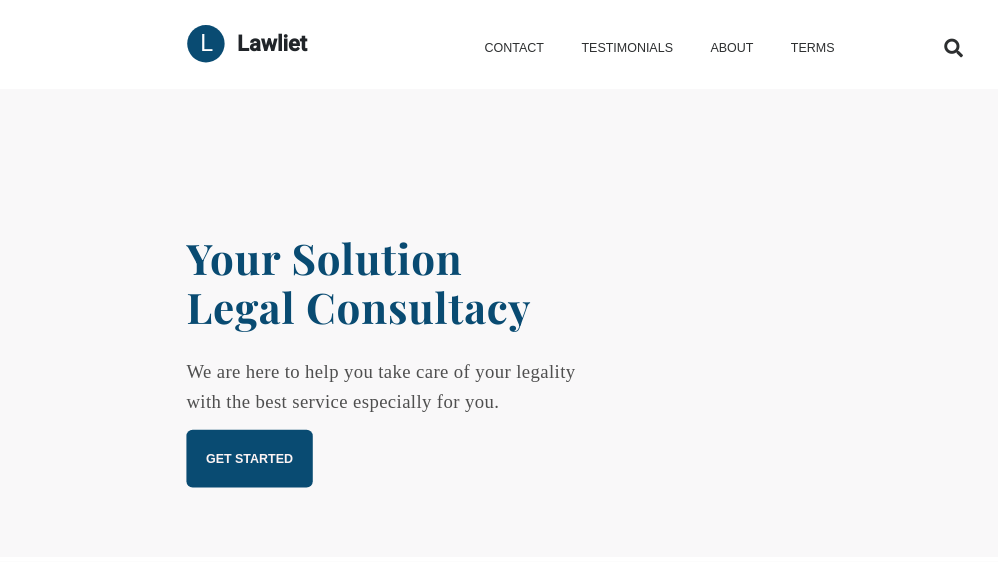
Repository: SAYYODTURINALIYEV/amaliy
Page: index.html
The author's editor kept a copy of each file at every save. The page is drawn from the files as they stood at one save, then again after a run of saves.
The browser window is 1280 px wide. The pictures show the whole page, at 78% of full size.

Above is the page before, as saved 2022-05-20 10:17:08.

### index.html
<!DOCTYPE html>
<html lang="en">

<head>
    <meta charset="UTF-8">
    <meta name="viewport" content="width=device-width, initial-scale=1.0">
    <meta http-equiv="X-UA-Compatible" content="ie=edge">
    <meta name="Description" content="Enter your description here" />
    <link rel="stylesheet" href="https://cdnjs.cloudflare.com/ajax/libs/twitter-bootstrap/4.6.0/css/bootstrap.min.css">
    <link rel="stylesheet" href="https://cdnjs.cloudflare.com/ajax/libs/font-awesome/5.15.4/css/all.min.css">
    <link rel="stylesheet" href="styles/style.css">
    <title>figma</title>
</head>

<body>

    <nav>
        <section id="header_left">
            <div id="author_logo">
                <h1 id="author_logo_h1">L</h1>
            </div>
            <h1 id="author">Lawliet</h1>
        </section>
        <section id="header_right" class="ml-5 header_right">
            <section id="menues" class="ml-5">
                <ul id="menues_ul">
                    <a href="#">
                        <li>CONTACT</li>
                    </a>
                    <a href="#" class="ml-5">
                        <li>TESTIMONIALS</li>
                    </a>
                    <a href="#" class="ml-5">
                        <li>ABOUT</li>
                    </a>
                    <a href="#" class="ml-5">
                        <li>TERMS</li>
                    </a>
                </ul>
                <a href="#" id="search"><i class="fas fa-search ml-5" ></i></a>
            </section>

        </section>
    </nav><br>
    <section id="header">
        <div id="header_top"><br>
            <h1 id="header_top_h1">Your Solution <br> Legal Consultacy</h1><br>
            <p id="header_top_p">We are here to help you take care of your legality <br> with the best service especially for you.</p>
            <button type="button" id="header_top_button">GET STARTED</button>
        </div>
        <div id="header_bottom"></div>
    </section>




    <script src="https://cdnjs.cloudflare.com/ajax/libs/jquery/3.5.1/jquery.min.js"></script>
    <script src="https://cdnjs.cloudflare.com/ajax/libs/popper.js/1.16.1/umd/popper.min.js"></script>
    <script src="https://cdnjs.cloudflare.com/ajax/libs/twitter-bootstrap/4.6.0/js/bootstrap.min.js"></script>
</body>

</html>

### styles/style.css
@import url('https://fonts.googleapis.com/css2?family=Roboto:wght@100;500&display=swap');
@import url('https://fonts.googleapis.com/css2?family=Playfair+Display:wght@400;700&family=Roboto:wght@100;500&display=swap');
* {
    margin: 0;
    padding: 0;
    box-sizing: border-box;
    font-family: sans-serif;
}

#menues {
    list-style-type: none;
    display: flex;
    flex-direction: row;
    justify-content: center;
    margin-right: 2rem;
}

#menues ul a {
    color: #2D2F30;
}

#menues_ul {
    display: flex;
    flex-direction: row;
    justify-content: center;
    list-style: none;
    margin-left: 32rem;
    margin-top: -2rem;
    font-family: 'Roboto', sans-serif;
}

#header_left {
    display: flex;
    flex-direction: row;
    margin-left: 240px;
    margin-top: 2rem;
}

#author_logo {
    width: 3rem;
    height: 3rem;
    background-color: #094B72;
    text-align: center;
    border-radius: 30px;
    padding: 20px;
    cursor: pointer;
}

#author_logo_h1 {
    margin-top: -0.9rem;
    font-size: 30px;
    font-weight: lighter;
    margin-left: -0.2rem;
    color: white;
}

#author {
    font-weight: bolder;
    margin-left: 1rem;
    font-family: 'Roboto', sans-serif;
    font-size: 28px;
    margin-top: 0.5rem;
    cursor: pointer;
}

#search {
    color: #2D2F30;
    margin-left: 5.8rem;
    margin-top: -2.3rem;
    font-size: 1.5rem;
    font-weight: bolder;
}

#header_top {
    background-color: #F9F8F9;
    height: 600px;
}

#header_top_h1 {
    font-family: 'Playfair Display';
    font-style: normal;
    font-weight: 900;
    font-size: 54px;
    line-height: 120%;
    letter-spacing: 0.02em;
    color: #094B72;
    margin-left: 239px;
    margin-top: 10rem;
}

#header_top_p {
    font-family: 'Plus Jakarta Sans';
    font-style: normal;
    font-weight: 500;
    font-size: 24px;
    line-height: 158%;
    display: flex;
    align-items: center;
    letter-spacing: 0.5px;
    color: #4F4F4F;
    margin-left: 239px;
}

#header_top_button {
    background: #094B72;
    border-radius: 8px;
    padding: 25px;
    margin-left: 239px;
    color: rgb(253, 244, 244);
    font-family: sans-serif;
    border: none;
    font-weight: bold;
}

After the next 2 saves:
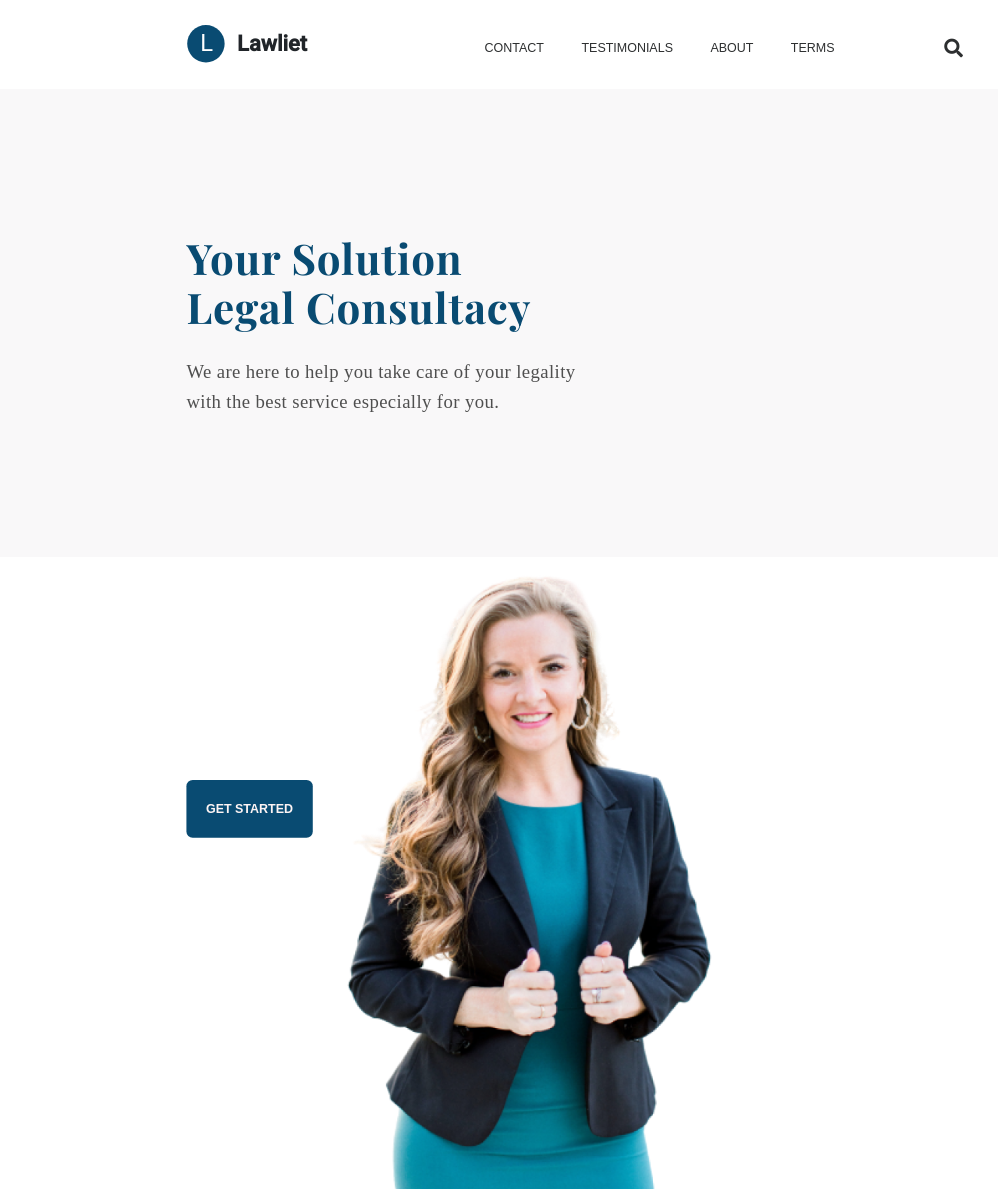
The 2 saves are shown as one change because they came seconds apart.
The last was saved 43 s later.
--- a/index.html
+++ b/index.html
@@ -47,6 +47,7 @@
             <h1 id="header_top_h1">Your Solution <br> Legal Consultacy</h1><br>
             <p id="header_top_p">We are here to help you take care of your legality <br> with the best service especially for you.</p>
             <button type="button" id="header_top_button">GET STARTED</button>
+            <img src="images/Hero Image.png" alt="">
         </div>
         <div id="header_bottom"></div>
     </section>
